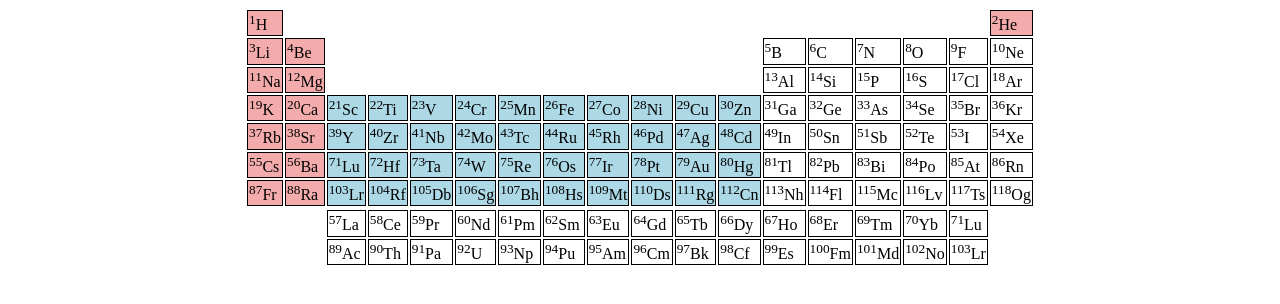
Repository: punitbathija/Placement-Assitance-iNeuron
Page: periodicTable.html
The author's editor kept a copy of each file at every save. The page is drawn from the files as they stood at one save, then again after the next save.
The browser window is 1280 px wide. The pictures show the whole page.

Above is the page before, as saved 2023-05-22 18:07:16.

### periodicTable.html
<!DOCTYPE html>
<html lang="en">
  <head>
    <meta charset="UTF-8" />
    <meta http-equiv="X-UA-Compatible" content="IE=edge" />
    <meta name="viewport" content="width=device-width, initial-scale=1.0" />
    <title>Document</title>
    <link rel="stylesheet" href="periodicTable.css" />
  </head>
  <body>
    <table class="periodic">
      <tr class="p1">
        <td class="element H red" ="Hydrogen"><sup>1</sup>H</td>
        <td class="empty" colspan="16"></td>
        <td class="element He red" ="Helium"><sup>2</sup>He</td>
      </tr>
      <tr class="p2">
        <td class="element Li red" ="Lithium"><sup>3</sup>Li</td>
        <td class="element Be red" ="Beryllium"><sup>4</sup>Be</td>
        <td class="empty" class="element desc" colspan="10" rowspan="2"></td>
        <td class="element B" ="Boron"><sup>5</sup>B</td>
        <td class="element C" ="Carbon"><sup>6</sup>C</td>
        <td class="element N" ="Nitrogen"><sup>7</sup>N</td>
        <td class="element O" ="Oxygen"><sup>8</sup>O</td>
        <td class="element F" ="Fluorine"><sup>9</sup>F</td>
        <td class="element Ne" ="Neon"><sup>10</sup>Ne</td>
      </tr>
      <tr class="p3">
        <td class="element Na red" ="Sodium"><sup>11</sup>Na</td>
        <td class="element Mg red" ="Magnesium"><sup>12</sup>Mg</td>
        <td class="element Al" ="Aluminium"><sup>13</sup>Al</td>
        <td class="element Si" ="Silicon"><sup>14</sup>Si</td>
        <td class="element P" ="Phosphorus"><sup>15</sup>P</td>
        <td class="element S" ="Sulfur"><sup>16</sup>S</td>
        <td class="element Cl" ="Chlorine"><sup>17</sup>Cl</td>
        <td class="element Ar" ="Argon"><sup>18</sup>Ar</td>
      </tr>
      <tr class="p4">
        <td class="element K red" ="Potassium"><sup>19</sup>K</td>
        <td class="element Ca red" ="Calcium"><sup>20</sup>Ca</td>
        <td class="element Sc blue" ="Scandium"><sup>21</sup>Sc</td>
        <td class="element Ti blue" ="Titanium"><sup>22</sup>Ti</td>
        <td class="element V blue" ="Vanadium"><sup>23</sup>V</td>
        <td class="element Cr blue" ="Chromium"><sup>24</sup>Cr</td>
        <td class="element Mn blue" ="Manganese"><sup>25</sup>Mn</td>
        <td class="element Fe blue" ="Iron"><sup>26</sup>Fe</td>
        <td class="element Co blue" ="Cobalt"><sup>27</sup>Co</td>
        <td class="element Ni blue" ="Nickel"><sup>28</sup>Ni</td>
        <td class="element Cu blue" ="Copper"><sup>29</sup>Cu</td>
        <td class="element Zn blue" ="Zinc"><sup>30</sup>Zn</td>
        <td class="element Ga" ="Gallium"><sup>31</sup>Ga</td>
        <td class="element Ge" ="Germanium"><sup>32</sup>Ge</td>
        <td class="element As" ="Arsenic"><sup>33</sup>As</td>
        <td class="element Se" ="Selenium"><sup>34</sup>Se</td>
        <td class="element Br" ="Bromine"><sup>35</sup>Br</td>
        <td class="element Kr" ="Krypton"><sup>36</sup>Kr</td>
      </tr>
      <tr class="p5">
        <td class="element Rb red" ="Rubidium"><sup>37</sup>Rb</td>
        <td class="element Sr red" ="Strontium"><sup>38</sup>Sr</td>
        <td class="element Y blue" ="Yttrium"><sup>39</sup>Y</td>
        <td class="element Zr blue" ="Zirconium"><sup>40</sup>Zr</td>
        <td class="element Nb blue" ="Niobium"><sup>41</sup>Nb</td>
        <td class="element Mo blue" ="Molybdenum"><sup>42</sup>Mo</td>
        <td class="element Tc blue" ="Technetium"><sup>43</sup>Tc</td>
        <td class="element Ru blue" ="Ruthenium"><sup>44</sup>Ru</td>
        <td class="element Rh blue" ="Rhodium"><sup>45</sup>Rh</td>
        <td class="element Pd blue" ="Palladium"><sup>46</sup>Pd</td>
        <td class="element Ag blue" ="Silver"><sup>47</sup>Ag</td>
        <td class="element Cd blue" ="Cadmium"><sup>48</sup>Cd</td>
        <td class="element In" ="Indium"><sup>49</sup>In</td>
        <td class="element Sn" ="Tin"><sup>50</sup>Sn</td>
        <td class="element Sb" ="Antimony"><sup>51</sup>Sb</td>
        <td class="element Te" ="Tellurium"><sup>52</sup>Te</td>
        <td class="element I" ="Iodine"><sup>53</sup>I</td>
        <td class="element Xe" ="Xenon"><sup>54</sup>Xe</td>
      </tr>
      <tr class="p6">
        <td class="element Cs red" ="Caesium"><sup>55</sup>Cs</td>
        <td class="element Ba red" ="Barium"><sup>56</sup>Ba</td>
        <td class="element Lu blue" ="Lutetium"><sup>71</sup>Lu</td>
        <td class="element Hf blue" ="Hafnium"><sup>72</sup>Hf</td>
        <td class="element Ta blue" ="Tantalum"><sup>73</sup>Ta</td>
        <td class="element W blue" ="Tungsten"><sup>74</sup>W</td>
        <td class="element Re blue" ="Rhenium"><sup>75</sup>Re</td>
        <td class="element Os blue" ="Osmium"><sup>76</sup>Os</td>
        <td class="element Ir blue" ="Iridium"><sup>77</sup>Ir</td>
        <td class="element Pt blue" ="Platinum"><sup>78</sup>Pt</td>
        <td class="element Au blue" ="Gold"><sup>79</sup>Au</td>
        <td class="element Hg blue" ="Mercury"><sup>80</sup>Hg</td>
        <td class="element Tl" ="Thallium"><sup>81</sup>Tl</td>
        <td class="element Pb" ="Lead"><sup>82</sup>Pb</td>
        <td class="element Bi" ="Bismuth"><sup>83</sup>Bi</td>
        <td class="element Po" ="Polonium"><sup>84</sup>Po</td>
        <td class="element At" ="Astatine"><sup>85</sup>At</td>
        <td class="element Rn" ="Radon"><sup>86</sup>Rn</td>
      </tr>
      <tr class="p7">
        <td class="element Fr red" ="Francium"><sup>87</sup>Fr</td>
        <td class="element Ra red" ="Radium"><sup>88</sup>Ra</td>
        <td class="element Lr blue" ="Lawrencium"><sup>103</sup>Lr</td>
        <td class="element Rf blue" ="Rutherfordium"><sup>104</sup>Rf</td>
        <td class="element Db blue" ="Dubnium"><sup>105</sup>Db</td>
        <td class="element Sg blue" ="Seaborgium"><sup>106</sup>Sg</td>
        <td class="element Bh blue" ="Bohrium"><sup>107</sup>Bh</td>
        <td class="element Hs blue" ="Hassium"><sup>108</sup>Hs</td>
        <td class="element Mt blue" ="Meitnerium"><sup>109</sup>Mt</td>
        <td class="element Ds blue" ="Darmstadtium"><sup>110</sup>Ds</td>
        <td class="element Rg blue" ="Roentgenium"><sup>111</sup>Rg</td>
        <td class="element Cn blue" ="Copernicium"><sup>112</sup>Cn</td>
        <td class="element Nh" ="Nihonium"><sup>113</sup>Nh</td>
        <td class="element Fl" ="Flerovium"><sup>114</sup>Fl</td>
        <td class="element Mc" ="Moscovium"><sup>115</sup>Mc</td>
        <td class="element Lv" ="Livermorium"><sup>116</sup>Lv</td>
        <td class="element Ts" ="Tennessine"><sup>117</sup>Ts</td>
        <td class="element Og" ="Oganesson"><sup>118</sup>Og</td>
      </tr>
      <tr class="spacer">
        <!-- <tdempty" colspan="18"></td> -->
      </tr>
      <tr>
        <td class="empty" colspan="2"></td>
        <td class="element La" ="Lanthanum"><sup>57</sup>La</td>
        <td class="element Ce" ="Cerium"><sup>58</sup>Ce</td>
        <td class="element Pr" ="Praseodymium"><sup>59</sup>Pr</td>
        <td class="element Nd" ="Neodymium"><sup>60</sup>Nd</td>
        <td class="element Pm" ="Promethium"><sup>61</sup>Pm</td>
        <td class="element Sm" ="Samarium"><sup>62</sup>Sm</td>
        <td class="element Eu" ="Europium"><sup>63</sup>Eu</td>
        <td class="element Gd" ="Gadolinium"><sup>64</sup>Gd</td>
        <td class="element Tb" ="Terbium"><sup>65</sup>Tb</td>
        <td class="element Dy" ="Dysprosium"><sup>66</sup>Dy</td>
        <td class="element Ho" ="Holmium"><sup>67</sup>Ho</td>
        <td class="element Er" ="Erbium"><sup>68</sup>Er</td>
        <td class="element Tm" ="Thulium"><sup>69</sup>Tm</td>
        <td class="element Yb" ="Ytterbium"><sup>70</sup>Yb</td>
        <td class="element Lu" ="Lutetium"><sup>71</sup>Lu</td>
        <td class="empty"></td>
      </tr>
      <tr>
        <td class="empty" colspan="2"></td>
        <td class="element Ac" ="Actinium"><sup>89</sup>Ac</td>
        <td class="element Th" ="Thorium"><sup>90</sup>Th</td>
        <td class="element Pa" ="Protactinium"><sup>91</sup>Pa</td>
        <td class="element U" ="Uranium"><sup>92</sup>U</td>
        <td class="element Np" ="Neptunium"><sup>93</sup>Np</td>
        <td class="element Pu" ="Plutonium"><sup>94</sup>Pu</td>
        <td class="element Am" ="Americium"><sup>95</sup>Am</td>
        <td class="element Cm" ="Curium"><sup>96</sup>Cm</td>
        <td class="element Bk" ="Berkelium"><sup>97</sup>Bk</td>
        <td class="element Cf" ="Californium"><sup>98</sup>Cf</td>
        <td class="element Es" ="Einsteinium"><sup>99</sup>Es</td>
        <td class="element Fm" ="Fermium"><sup>100</sup>Fm</td>
        <td class="element Md" ="Mendelevium"><sup>101</sup>Md</td>
        <td class="element No" ="Nobelium"><sup>102</sup>No</td>
        <td class="element Lr" ="Lawrencium"><sup>103</sup>Lr</td>
        <td class="empty"></td>
      </tr>
    </table>
  </body>
</html>

### periodicTable.css
.periodic{
    display: flex;
    justify-content: center;
    align-items: center;
    justify-self: center;
}


.element{
    border: 1px solid black;
}

.red{
    background-color: rgb(244, 171, 171);
}

.blue{
    background-color: lightblue;
}

After the next save:
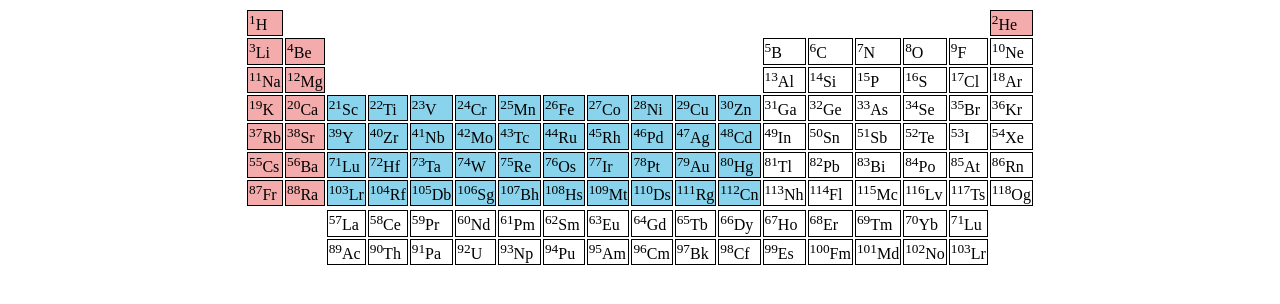
Saved 32 s later.
--- a/periodicTable.css
+++ b/periodicTable.css
@@ -15,5 +15,5 @@
 }
 
 .blue{
-    background-color: lightblue;
+    background-color: rgb(137, 211, 236);
 }
